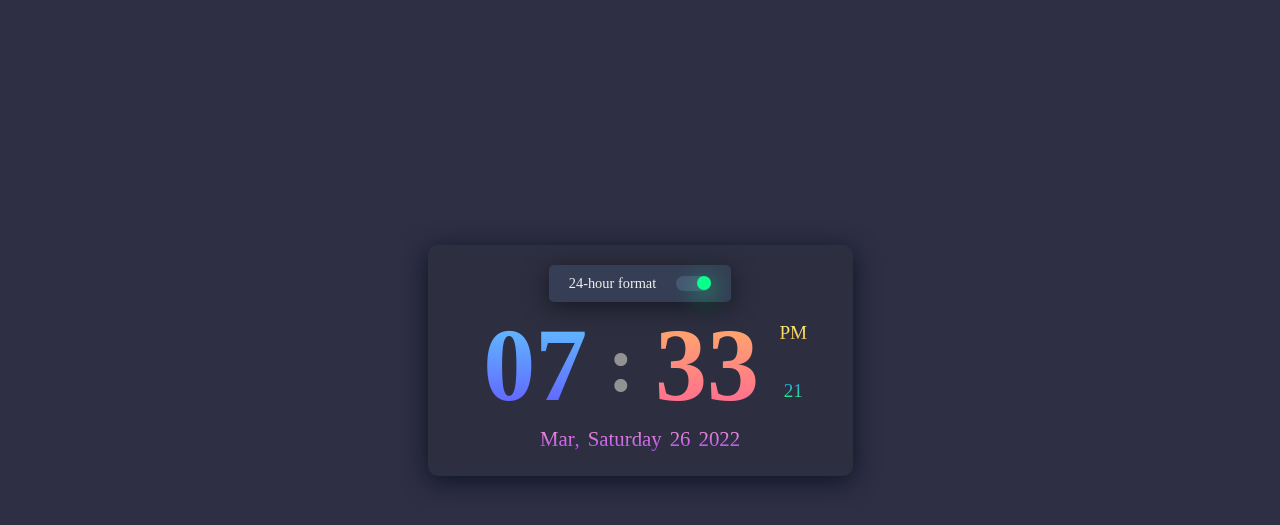
Repository: QUANGTHAI2003/digital-clock
Page: index.html
An editor plug-in stored every save of this project. The page is shown before and after a run of saves, followed by the edit.
The browser window is 1280 px wide. The pictures show the whole page.
After loading, the first visible `div.format-switch-btn` was clicked once.
Some icons come from a web library that is not loaded, so they are not drawn.

Above is the page before, as saved 2022-03-26 23:44:15.
Console error: TypeError: year.addEventListener is not a function

### index.html
<!DOCTYPE html>
<html lang="en">
    <head>
        <meta charset="UTF-8" />
        <meta http-equiv="X-UA-Compatible" content="IE=edge" />
        <meta name="viewport" content="width=device-width, initial-scale=1.0" />
        <title>Digital-Clock</title>
        <link rel="stylesheet" href="style.css" />
        <link rel="stylesheet" href="https://unicons.iconscout.com/release/v4.0.0/css/line.css" />
    </head>
    <body>
        <div class="digital-clock">
            <i class="uil uil-ellipsis-v dot-menu-btn"></i>
            <ul class="dot-menu">
                <li class="menu-item">
                    <span class="clock-format-text">24-hour format</span>
                    <div class="format-switch-btn" data-format="12"></div>
                </li>
            </ul>
            <div class="time">
                <span class="hours">00</span>
                <span class="dots">:</span>
                <span class="minutes">00</span>
                <div class="right-side">
                    <span class="period">AN/PM</span>
                    <span class="seconds">00</span>
                </div>
            </div>
            <div class="calendar">
                <span class="month-name">Mar</span>,
                <span class="day-name">Sunday</span>
                <span class="day-number">6</span>
                <span class="year">2022</span>
            </div>
        </div>
        <script src="./app.js"></script>
    </body>
</html>

### style.css
@import url('https://fonts.googleapis.com/css2?family=Poppins:ital,wght@0,100;0,200;0,300;0,400;0,500;0,600;0,700;0,800;0,900;1,100;1,200;1,300;1,400;1,500;1,600;1,700;1,800;1,900&display=swap');

* {
    margin: 0;
    padding: 0;
    box-sizing: border-box;
    font-family: 'Poppins'sans-serif;
}

body {
    min-height: 100vh;
    display: flex;
    justify-content: center;
    align-items: center;
    background: #2e2e44;
}

.digital-clock {
    position: relative;
    color: #fff;
    background: #2d2f41;
    width: 425px;
    padding: 20px 45px;
    box-shadow: 0 5px 25px rgba(14, 21, 37, 08);
    border-radius: 10px;
    display: flex;
    justify-content: center;
    align-items: center;
    flex-direction: column;
}

.time {
    position: relative;
    display: flex;
    justify-content: center;
    align-items: center;
}

.hours,
.dots,
.minutes {
    display: flex;
    justify-content: center;
    align-items: center;
    font-weight: 600;
    padding: 0 10px;
    line-height: 125px;
}

.hours,
.minutes {
    font-size: 6.5em;
    width: 125px;
}

.dots {
    font-size: 5em;
    color: #929292;
}

.hours {
    background: -webkit-linear-gradient(90deg, #634dff, #5fd4ff);
    -webkit-text-fill-color: transparent;
    -webkit-background-clip: text;
}

.minutes {
    background: -webkit-linear-gradient(90deg, #ff5e9a, #ffb960);
    -webkit-text-fill-color: transparent;
    -webkit-background-clip: text;
}

.right-side {
    position: relative;
    display: flex;
    justify-content: center;
    align-items: center;
    flex-direction: column;
    margin-left: 10px;
}

.period,
.seconds {
    font-size: 1.2em;
    font-weight: 500;
}

.period {
    transform: translateY(-20px);
    background: -webkit-linear-gradient(90deg, #f7b63f, #faf879);
    -webkit-text-fill-color: transparent;
    -webkit-background-clip: text;
}

.seconds {
    transform: translateY(16px);
    background: -webkit-linear-gradient(90deg, #24ff6d, #2f93f1);
    -webkit-text-fill-color: transparent;
    -webkit-background-clip: text;
}

.calendar {
    display: flex;
    justify-content: center;
    align-items: center;
    font-size: 1.3em;
    font-weight: 500;
    margin-bottom: 5px;
    background: -webkit-linear-gradient(90deg, #ae4af6, #ff98d1);
    -webkit-text-fill-color: transparent;
    -webkit-background-clip: text;
}

.day-name,
.day-number,
.year {
    margin-left: 8px;
}

.dot-menu-btn {
    position: absolute;
    top: 0;
    right: 0;
    margin: 10px;
    color: #efefef;
    font-size: 1.5em;
    cursor: pointer;
}

.dot-menu {
    z-index: 999;
    list-style: none;
    background: #353e54;
    padding: 10px 20px;
    border-radius: 5px;
    box-shadow: 0 5px 25px rgba(0, 0, 0, 0.5);
}

.menu-item {
    display: flex;
    justify-content: center;
    align-items: center;
}

.clock-format-text {
    color: #efefef;
    font-size: 0.9em;
    margin-right: 20px;
}

.format-switch-btn {
    width: 35px;
    height: 15px;
    background: #485470;
    border-radius: 75px;
    box-shadow: inset 2px 2px 4px rgba(255, 255, 255, 0.1),
        inset -2px 2px -4px rgba(0, 0, 0, 0.2);
    cursor: pointer;
    display: flex;
    justify-content: center;
    align-items: center;
}

.format-switch-btn::before {
    content: "";
    position: absolute;
    width: 14px;
    height: 14px;
    background: #ff5e9a;
    border-radius: 50%;
    box-shadow: 0 5px 25px #ff5e9a;
    transform: translateX(-10px);
    transition: 0.3s ease;
    transition: background, transition;

}

.format-switch-btn.active::before {
    background: #0bff8d;
    box-shadow: 0 5px 25px #0bff8d;
    transform: translateX(10px);
}

### app.js
const formatSwitchBtn = document.querySelector(".format-switch-btn");

formatSwitchBtn.addEventListener("click", () => {
    formatSwitchBtn.classList.toggle("active");

    var formatValue = formatSwitchBtn.getAttribute("data-format");

    if (formatValue == "12") {
        formatSwitchBtn.setAttribute("data-format", "24");
    } else {
        formatSwitchBtn.setAttribute("data-format", "12");
    }
});

function clock() {
    var today = new Date();
    var hours = today.getHours();
    var minutes = today.getMinutes();
    var seconds = today.getSeconds();
    var period = "AM"

    // Set the time period(AM or PM)
    if (hours >= 12) {
        period = "PM";
    }
    // Set the 12-hour clock format
    hours = hours > 12 ? hours % 12 : hours

    // Add the 0 for the values of lower than 10
    if (hours < 10) {
        hours = "0" + hours;
    }
    if (minutes < 10) {
        minutes = "0" + minutes;
    }
    if (seconds < 10) {
        seconds = "0" + seconds;
    }

    document.querySelector(".hours").innerHTML = hours;
    document.querySelector(".minutes").innerHTML = minutes;
    document.querySelector(".seconds").innerHTML = seconds;
    document.querySelector(".period").innerHTML = period;
}

var updateClock = setInterval(clock, 1000);

// Get the date in javascript
var today = new Date();
const dayNumber = today.getDate();
const year = today.getFullYear();
const dayName = today.toLocaleString('default', { weekday: 'long' });
const monthName = today.toLocaleString('default', { month: 'short' });

document.querySelector(".month-name").innerHTML = monthName;
document.querySelector(".day-name").innerHTML = dayName;
document.querySelector(".day-number").innerHTML = dayNumber;
document.querySelector(".year").innerHTML = year;

year.addEventListener("click", function () {
    alert("The year is " + year);
});

After the next 2 saves:
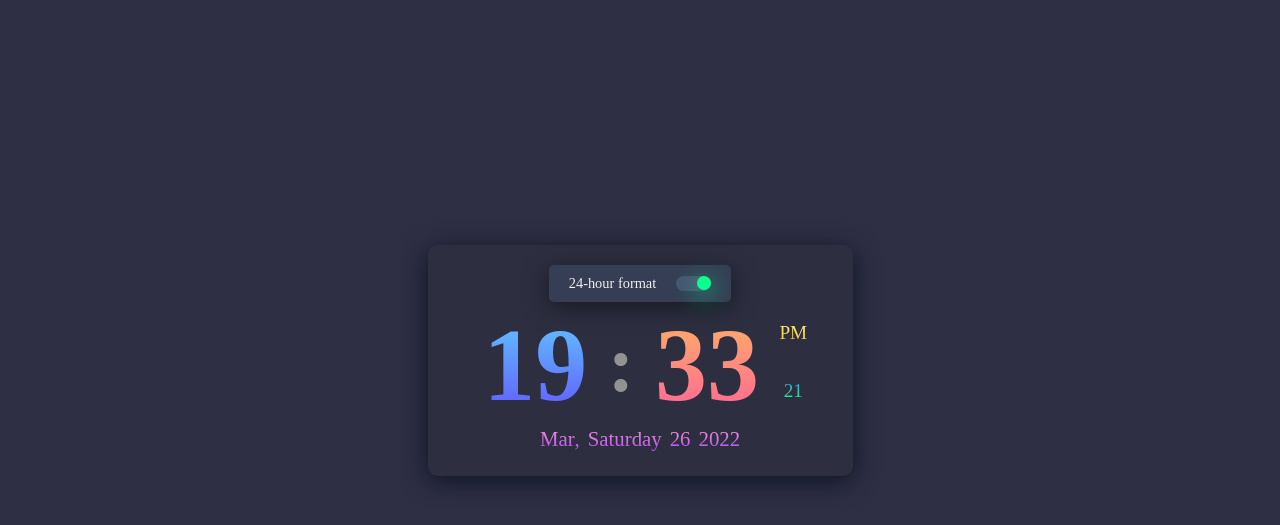
The 2 saves are shown as one change because they came seconds apart.
The last was saved 97 s later.
--- a/app.js
+++ b/app.js
@@ -24,7 +24,11 @@ function clock() {
         period = "PM";
     }
     // Set the 12-hour clock format
-    hours = hours > 12 ? hours % 12 : hours
+    var formatValue = formatSwitchBtn.getAttribute("data-format");
+
+    if (formatValue == "12") {
+        hours = hours > 12 ? hours % 12 : hours
+    }
 
     // Add the 0 for the values of lower than 10
     if (hours < 10) {
